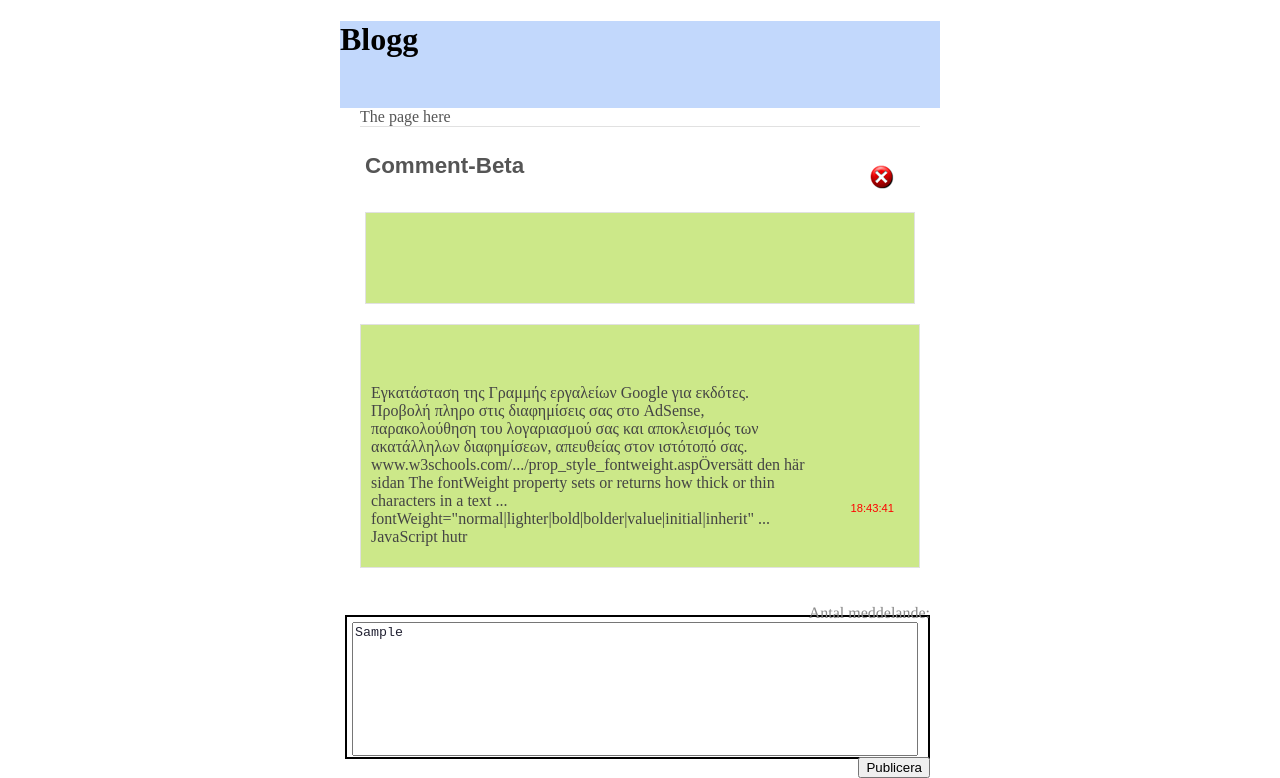
Repository: dn222em/1dv403-laborationer
Page: 2-labbymezzage/index.html
The author's editor kept a record of every edit. The page is drawn from the files as they stood at one moment, then again after the next edit.
The browser window is 1280 px wide. The pictures show the whole page.
Empty fields were first filled with sample values (such as "Sample", 5 or name@example.com).
After loading, the first visible `#publish-button` was clicked once.

Above is the page before.
Console error: TypeError: Cannot read properties of null (reading 'appendChild')

### 2-labbymezzage/index.html
<!doctype html>
<html lang="sv">
<head>
        <script>
				document.createElement("header");
				document.createElement("hgroup");
				document.createElement("footer");
				document.createElement("article");
				document.createElement("main");
				document.createElement("section");
				document.createElement("nav");
				document.createElement("aside");
				document.createElement("address");
			</script>

        <meta charset="utf-8">
        <title>Labby mezzage</title>
        <link rel="stylesheet" href="style.css" />
        <script type="text/javascript" src="Message.js"></script>
        <script type="text/javascript" src="mess.js"></script>
        <script type="text/javascript" src="init.js"></script>
</head>
<body>
    <div id="container">
        <header>
			<h1>Blogg</h1>
		</header>
    <main>
        <div id="page">
            The page here
        </div>
             <div class="main-comment">
 <h3 class="comment-title">Comment-Beta</h3>
                 <div id="comments-list" class="comments-list">
                     <ul id="comment-holder" class="comment-holder">
                            <!--<div id="comment-date" class="comment-date">
               <h3 id="comment-date-given" class="comment-date-given">2014-11-28 18:43:41</h3>-->
                               </div>
                          <li class="comment-holder-li" >
                           <div id="comment-upp-buttons" class="comment-upp-buttons">
                                   <ul>
                                        <li><img id="delete-button" class="delete-button" src="pics/1.png" /></li>
                                   </ul>
                            </div>
                                 <p class="comment-paragraf">Εγκατάσταση της Γραμμής εργαλείων Google για εκδότες. Προβολή πληρο στις διαφημίσεις σας στο AdSense, παρακολούθηση του λογαριασμού σας και αποκλεισμός των ακατάλληλων διαφημίσεων, απευθείας στον ιστότοπό σας.
                               www.w3schools.com/.../prop_style_fontweight.aspÖversätt den här sidan
The fontWeight property sets or returns how thick or thin characters in a text ... fontWeight="normal|lighter|bold|bolder|value|initial|inherit" ... JavaScript hutr</p>
                            <div id="comment-date" class="comment-date">
                               <code id="writen-date" class="writen-date">18:43:41</code>
                            </div>
                            </li>
                     </ul>
                 </div>
    <p id="count-comments" class="count-comments">Antal meddelande: <code id="count-length" class="count-length">0</code></p>
         <div class="comment-box">
            <textarea type="textarea" name="kommentar" id="comment-box"></textarea>
         </div>
         <div id="comment-publish-button">
             <input id="publish-button" type="button" name="submit" value="Publicera" />
         </div>
             </div>
    </main>
    </div>
</body>

</html>

### 2-labbymezzage/style.css
/*Reset-styleshhet
-----------------------------------------------------------------------------*/
/* http://meyerweb.com/eric/tools/css/reset/
   v2.0 | 20110126
   License: none (public domain)
*/

/*html, body, div, span, applet, object, iframe,
h1, h2, h3, h4, h5, h6, p, blockquote, pre,
a, abbr, acronym, address, big, cite, code,
del, dfn, em, img, ins, kbd, q, s, samp,
small, strike, strong, sub, sup, tt, var,
b, u, i, center,
dl, dt, dd, ol, ul, li,
fieldset, form, label, legend,
table, caption, tbody, tfoot, thead, tr, th, td,
article, aside, canvas, details, embed,
figure, figcaption, footer, header, hgroup,
menu, nav, output, ruby, section, summary,
time, mark, audio, video {
	margin: 0;
	padding: 0;
	border: 0;
	font-size: 100%;
	font: inherit;
	vertical-align: baseline;
}
 HTML5 display-role reset for older browsers
article, aside, details, figcaption, figure,
footer, header, hgroup, menu, nav, section {
	display: block;
}
body {
	line-height: 1;
}
ol, ul {
	list-style: none;
}
blockquote, q {
	quotes: none;
}
blockquote:before, blockquote:after,
q:before, q:after {
	content: '';
	content: none;
}
table {
	border-collapse: collapse;
	border-spacing: 0;
}
/*End of Reset - stylesheet
--------------------------------------------------------------------
/*CSS -Stylesheet
======================================================================================================*/
#container{
    width: 600px;
	background-color:#c2d8fc;
	margin:0 auto;
	padding:0;


}


h1{
	margin-bottom:50px;
}

main {

	background-color: #FFF;
	/*background-color:#E6DEDE;*/
	width: 600px;
	/*border:1px solid black;*/
	margin:10px auto 10px auto;
	height:600px;
	/*margin-bottom: 20px;
	padding:0px;
	padding-right:10px;
	padding-left:10px;*/


}

.comment-paragraf{
	width:440px;
}
/*=======================================================p - total comments*/
.count-comments{
	font-size:1em;
	font-family:'Times';
	float:right;
	margin-right:10px;
	margin-bottom:-3px;
	color:#888;
}

.count-length{
	font-size:1.3em;

}

/*=========================================================page*/
#page{
	width:auto;
	height:auto;
	color:#555;
	margin:20px;
	border-bottom:1px solid #e1e1e1;
}

/*==========================================================comment area*/
.main-comment{
	margin:20px;
	/*border:1px solid #e1e1e1;*/
	width:auto;
	height:auto;
	color:#444;

}

.comment-title{
	height:45px;
	line-height:37px;
	font-size:1.4em;
	font-family:'Arial';
	margin:0 5px 0 5px;
	color:#555;

}

/*====================================================posted comments*/
.comments-list{
	font-size:1em;
	font-family:'Times';
	margin:10px 5px 10px 5px;
	color:#555;
	/*border:1px solid #e1e1e1;*/
	color:#766;

}

#comment-holder{
	list-style-type:none;
	margin:0px;
	padding:0px;
	width:auto;
	height:auto;
	overflow:hidden;

}


.comment-holder-li{
	list-style-type:none;
	height:auto;
	width:auto;
	margin:10px 0px 10px 0px;
 	border:1px solid #e1e1e1;
 	padding:5px;
 	padding-left:10px;
 	padding-right:10px;
	background-color:#cce889;
	min-height:80px;
	display:block;


}

.comment-holder-li:hover{
	background-color:#FDB;
}

/*=======================================================date*/
.comment-date{
	float:right;
}

.writen-date{

	font-family:Arial;
	color:red;
	font-size:0.7em;
	float:right;
	position: relative;
    top: -20px;
	margin-right:15px;
	padding-top:10px;
	padding-bottom:10px;
	margin-top:-50px;

}

.comment-paragraf{
	padding:0px;
}
/*========================================================buttons*/
.comment-upp-buttons{
	/*position:absolute;
	top:0px;
	right:0px;
	width:80px;
	height:24px;
	margin-top:10px;
	float:right;
	margin:5px;*/
}

.comment-upp-buttons ul{
    margin: 10px;
    padding: 5px;

}

.comment-upp-buttons li{

   	width: 60px;
    display: inline;
    border:none;
	list-style-type: none;
	padding: 10px;


}

.date-button, .delete-button{
	width: 60px;
    display: inline;
	list-style-type: none;
	float:right;
	position: relative;
    top: -180px;
	width:24px;
	height:24px;
	cursor:pointer;


}

.date-button:hover{
	-webkit-transform: scale(1.2);
    -moz-transform: scale(1.2);
    transform: scale(1.2);
}
.date-button:active{
	-webkit-transform: scale(1);
    -moz-transform: scale(1);
    transform: scale(1);
}

.delete-button:hover{
	-webkit-transform: scale(1.2);
    -moz-transform: scale(1.2);
    transform: scale(1.2);
}
.delete-button:active{
	-webkit-transform: scale(1.0);
    -moz-transform: scale(1.0);
    transform: scale(1.0);
}


/*==================================================comments textarea*/
.comment-box{
	height:130px;
	width:auto;
	margin:5px;
	margin-right:10px;
	margin-top:47px;
	min-height:100px;
	border:2px solid black;
	padding:5px

}

#comment-box{
	width:98%;
	/*border:1px solid #cce889;/*#a1a1a1;*/
	color:#223;/*#272426;*/
	height:98%;
	position:relative;
	resize:none;
	/*resize:vertical;
	resize:horizontal;*/

}

#comment-box:hover{
	border:2px solid #279521;
}

#comment-publish-button{
	margin-top:-7px;
	float:right;
	margin-right:10px;


}
#publish-button{
	/*background-color:#cce889;*/
	cursor:pointer;


}

### 2-labbymezzage/Message.js
"use strict";

/* Denna "klass" skapar vi Message-objekt utifrån.
 * Vi kapslar in privata variabler med getters och setters.
*/
    function Message (message, date){

        this.getText = function(){ return this.message; };
        this.setText = function(_message){
            if(typeof _message ==="undefined" || _message.trim() ===""){
                console.log("Textarean är tom!");
            }
            this.message = _message;};

        this.getNewDate = function(){ return this.date;};
        this.setNewDate = function(_date){ this.date = _date;};
    }

    Message.prototype.toString = function (){
        return this.getText() +"<br/>"+"<br/>" +" (" + this.getNewDate() + ") ";
    };


/* function Message (message, date){

        this.message;
        this.date;
    }

    Message.prototype.getText = function(){
        return this.message;
    };

    Message.prototype.setText = function(newText){

        if(typeof newText ==="undefined" || newText.trim() ===""){

            console.log("Textarean är tom!");
        }

        this.message = newText;
    };

     Message.prototype.getDate = function(){
        return this.date;
    };
    Message.prototype.setDate = function(newDate){

       this.date = newDate;
    };

    Message.prototype.toString = function (){

        return this.getText() +"<br/>"+"<br/>" +" (" + this.getDate() + ") ";
    };

/*function Message (message, date){

    this.getText = function () {return message;};
    this.setText = function (_text) { message = _text;};

    this.getDate = function () {return date;};
    this.setDate = function (_date) { };

}

Message.prototype.toString = function (){

    return this.getText() +" (" + this.getDate() + ") ";
};
Message.prototype.getHTMLText = function (){};
Message.prototype.getDateText = function (){};*/

### 2-labbymezzage/mess.js
"use strict";

var MessageBoard  = {

    messages : []





};

### 2-labbymezzage/init.js
"use strict";

/* I denna fil körs vår applikation.
 * Vi använder window.onload för att starta applikationen när
 * fönstret laddat klart. *
 */

window.onload = function(){


    var now = new Date();//.toLocaleString();
    var publish = document.getElementById("publish-button");
    publish.onclick = createMessage;


    var message = new Message();
	var messages = [];
	var ul = null;//document.createElement("ul");
	var li = null;//document.createElement("li");
    var idCounter=0;
	var div1 = null;
	var div2 = null;
	var div3 = null;
	var div4 = null;
	var div5 = null;
	var div6 = null;
	var div7 = null;
	var div8 = null;
	var p = null;
    var paragr = document.getElementById("count-comments");//.removeChild(div6);
    var messageBirth;

    console.log(messages);



	ul = document.createElement("ul");
	document.getElementById("comments-list").appendChild(ul);
	ul.id = "comment-holder";




    function createMessage(){

		message.setText(document.getElementById("comment-box").value);

		if(message.message === "" || document.getElementById("comment-box").value.trim() ===""){
            document.getElementById("comment-box").style.backgroundColor =" #e1e1e1";
            document.getElementById("comment-box").style.border="1px solid red";
            document.getElementById("comment-box").value = "Du måste skriva något för att kommentera";

            var delay=1000;

            setTimeout(function(){
                document.getElementById("comment-box").style.backgroundColor ="white";
                document.getElementById("comment-box").style.border = "1px solid #cce889";
		        document.getElementById("comment-box").value = "";
            },delay);
		return;
		}

		message.setNewDate(now);  //= now;
		messages.push(message);
		idCounter++;
		createElements(message);
		document.getElementById("comment-box").value = null;

		//return messages.push(message);

    }

    function createElements(message){

        //div6 = document.getElementById("count-length");
        //paragr.removeChild(div6);
        div6 = document.getElementsByClassName("count-length");
	    while(div6[0]) {
         div6[0].parentNode.removeChild(div6[0]);
        }

	    li = document.createElement("li");
    	document.getElementById("comment-holder").appendChild(li);

    	//li.innerHTML = message.message;//toString();//message.message;
        li.className ="comment-holder-li";
	    //li.id = "comment-holder-li";
	    li.id = idCounter+"li";

	    ul.appendChild(li);

        p=document.createElement("p");
        document.getElementById("li.id").appendChild(p);
        p.className ="comment-paragraf";
        li.appendChild(p);
        p.innerHTML = message.message;






	    div1 = document.createElement("div");
        document.getElementById(li.id).appendChild(div1);
        //document.getElementsByClassName("comment-holder-li")[0];
        div1.className = "comment-upp-buttons";
        div1.id = idCounter+"comment-upp-buttons";
        div1.innerHTML;
        li.appendChild(div1);

        div2 = document.createElement("ul");
        document.getElementById(div1.id).appendChild(div2);
        //document.getElementsByClassName("comment-upp-buttons")[0];
        div2.id = idCounter+"ul2";
        div2.innerHTML;
        div1.appendChild(div2);

        div3 = document.createElement("li");
        document.getElementById(div2.id).appendChild(div3);
        div3.id = idCounter+"li2";
        div3.innerHTML;
        div2.appendChild(div3);

        div4 = document.createElement("img");
        document.getElementById(div3.id).appendChild(div4);
        div4.id = idCounter+"date-button";
        div4.className = "date-button";
        div4.innerHTML;
        div3.appendChild(div4);
        div4.setAttribute("src", "pics/TIMER.png");
        div4.setAttribute("onClick", "");
        //div4.onclick = showDate;
        div4.addEventListener("click", showDate);

        div5 = document.createElement("img");
        document.getElementById(div4.id).appendChild(div5);
        div5.className ="delete-button";
        div5.id =idCounter+ "delete-button";
        div3.appendChild(div5);
        div5.innerHTML;
        div5.setAttribute("src", "pics/DELETE.png");
        div5.setAttribute("onClick", "");
        //div5.onclick = deleteMessage;
        div5.addEventListener("click", deleteMessage);


        div8 = document.createElement("div");
        document.getElementsByClassName(li.id)[1];//.appendChild(div8);
        div5.appendChild(div8);
        div8.id = idCounter+"comment-date";
        div8.className ="comment-date";
        li.appendChild(div8);

        div7 = document.createElement("code");
        document.getElementById(div8.id).appendChild(div7);
        div7.className = "writen-date";
        div7.id = idCounter+"writen-date";
        div8.appendChild(div7);
        div7.innerHTML= showTime(message.date);


        div6 = document.createElement("code");
        document.getElementById("count-comments").appendChild(div6);
        div6.id = idCounter+"count-length";
        div6.className = "count-length";
        paragr.appendChild(div6);

        div6.innerHTML= messages.length;

    }

    function showTime(str){


        str  = message.date;

		//Create a new date-object to find the exact day.
	    messageBirth = new Date((-(-str - now))-now );

        var hours = messageBirth.getHours();
        var minutes = messageBirth.getMinutes();
        var seconds = messageBirth.getSeconds();

        //messageBirth.getHours()+":"+messageBirth.getMinutes()+":"+messageBirth.getSeconds()
        if(hours < 10){
            hours ="0"+hours;
        }
        if (minutes < 10){
            minutes="0"+minutes;
        }
        if(seconds < 10){
            seconds ="0"+seconds;
        }
        var time = hours+":"+minutes+":"+seconds;
        return time;

    }

    function showDate(str){

         str  = message.date;
         var timeNew = showTime(str);

        //Create two Arrays with Swedish names for days and months!
		var dayName=["Söndag", "Måndag", "Tisdag", "Onsdag", "Torsdag", "Fridag", "Lördag"];
		var monthName=["Jenuari", "Februari", "Mars","April", "Maj", "Juni", "Juli", "Augusti", "September", "Oktober", "November", "December"];


		//Create a new date-object to find the exact day.
	    messageBirth= new Date((-(-str - now))-now );

	    var dateCreation = dayName[messageBirth.getDay()] +" "+messageBirth.getDate()+ " "+monthName[messageBirth.getMonth()]+" "+messageBirth.getFullYear() +"   ";
		//Precentate date and time
        var str1 = "Meddelandet skapades " +dateCreation+timeNew;
        alert(str1);
    }

   function deleteMessage(str){


        //var a = str.target.nodeName;
        var a = str.target.id;
        var b =a.replace('delete-button','');
        var c = b +"li";

        var conf = confirm("Vill du verkligen radera meddelandet?");

        div6.innerHTML= --messages.length;

        var x = document.getElementById(c);
        x.remove(x.selectedIndex);




        //x.remove(x.selectedIndex);

        /*var b = document.getElementById(x).parentNode.id;
        var c = document.getElementById(b).parentNode.id;
        var d = document.getElementById(c).parentNode.nodeName;
        var e = document.getElementById(d).parentNode.id;
        //alert(event.target.id+" and "+event.target.class);


        //console.log(c);*/

   }

};

After the next edit:
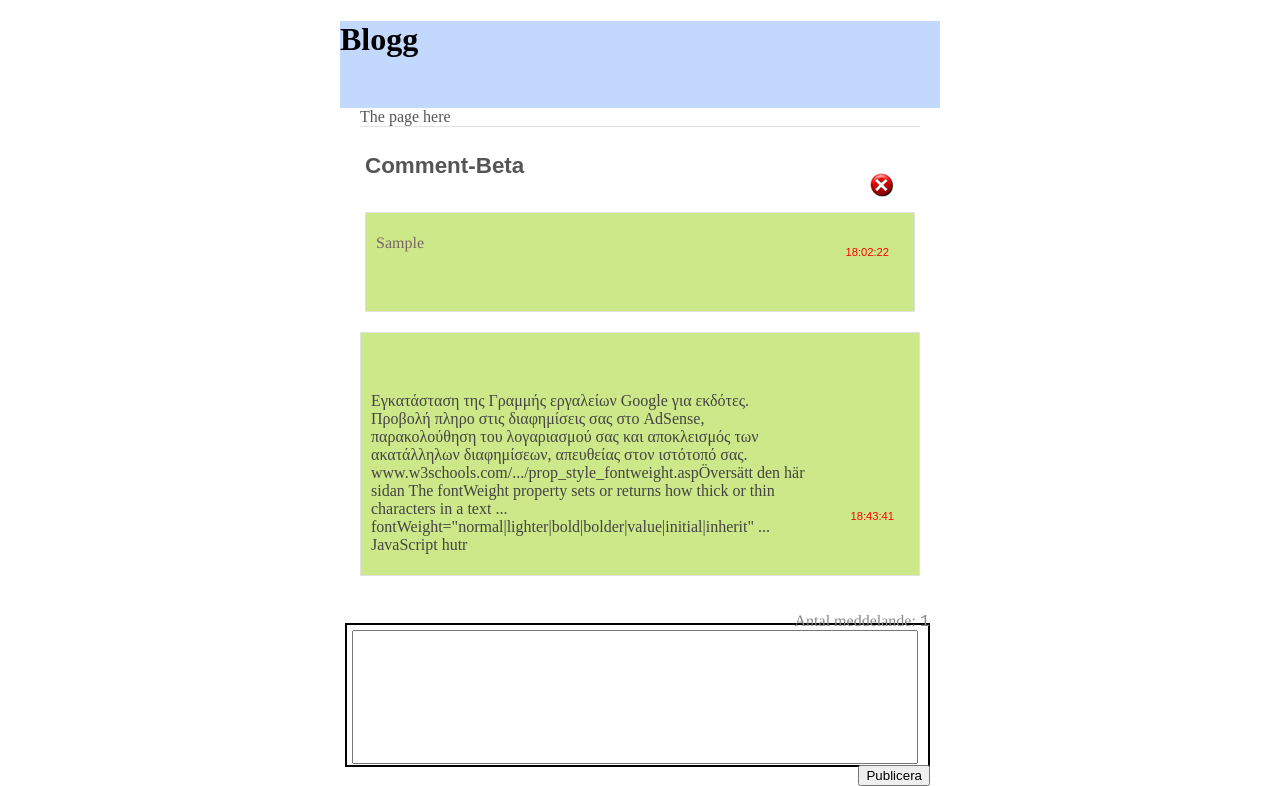
The error is gone.
The edit:
--- a/2-labbymezzage/init.js
+++ b/2-labbymezzage/init.js
@@ -90,7 +90,7 @@
 	    ul.appendChild(li);
 
         p=document.createElement("p");
-        document.getElementById("li.id").appendChild(p);
+        document.getElementById(li.id).appendChild(p);
         p.className ="comment-paragraf";
         li.appendChild(p);
         p.innerHTML = message.message;
